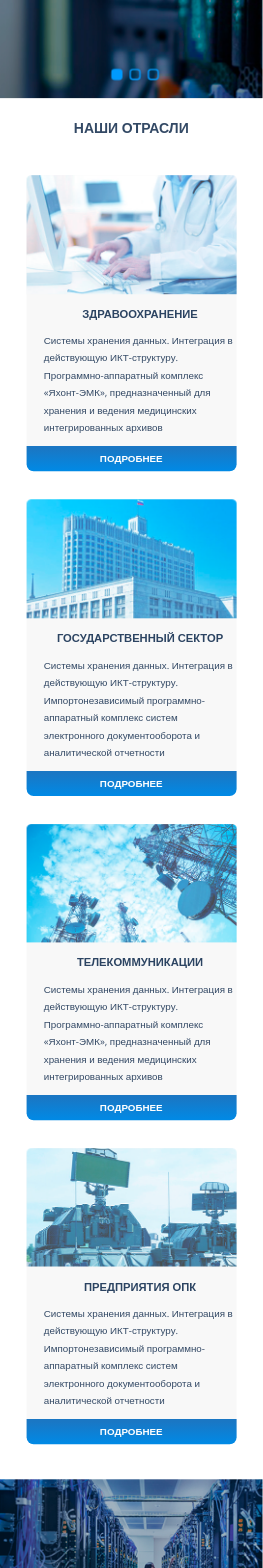
Repository: frostnn/testTaskBurbon
Page: app/index.html
These files come from the project's save history. The page is drawn as it stood at one moment and after the next save; the edit follows.
The browser window is 375 px wide. The pictures show the part of the page from y = 426 to 2666 px (the page is 6874 px tall before and 6892 px after), at 70% of full size.
The style sheet was rebuilt from its Sass, Less or Tailwind sources for each picture, by a compiler version that may differ from the author's.

Above is the page before, as saved 2020-07-17 08:15:57.

After the next save:
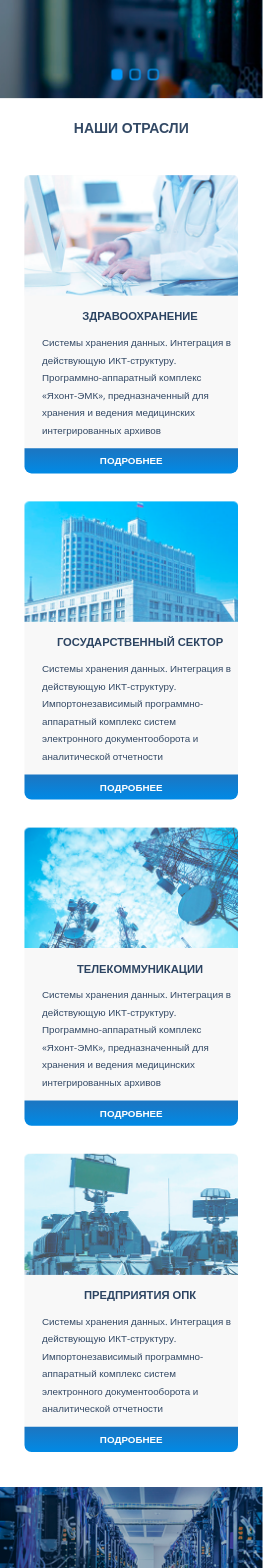
Saved 115 s later.
--- a/app/scss/_media.scss
+++ b/app/scss/_media.scss
@@ -653,9 +653,9 @@
     margin-top: 30px;
   }
   .industries-block__content {
-    max-width: 300px;
+    max-width: 305px;
     .industries-block__content-img {
-      max-width: 300px;
+      max-width: 305px;
     }
   }
   .production-block .production-block__title {
@@ -676,9 +676,9 @@
     font-size: 20px;
   }
   .news-block__content {
-    max-width: 300px;
+    max-width: 305px;
     .news-block__content-img {
-      max-width: 300px;
+      max-width: 305px;
     }
     .news-block__content-title {
       font-size: 16px;
